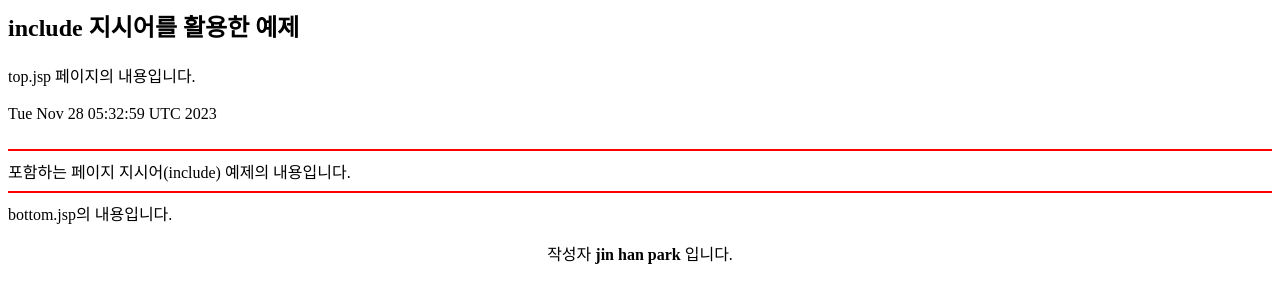
Repository: jinhanP/JSPtest
Page: http://localhost/jsptest/directive/includeex.jsp
An editor plug-in stored every save of this project. The page is shown before and after the next save, followed by the edit.
The browser window is 1280 px wide. The pictures show the whole page.
The page is served by Tomcat 10. Other server files are loaded and not shown.

Above is the page before, as saved 2023-11-30 08:16:47.

### jsptest/src/main/webapp/directive/includeex.jsp
<%@ page language="java" contentType="text/html; charset=UTF-8"
    pageEncoding="UTF-8"%>
<h2>include 지시어를 활용한 예제</h2>
<%
    String name = "jin han park";
%>
<%@ include file="top.jsp"%>
포함하는 페이지 지시어(include) 예제의 내용입니다.
<%@ include file="bottom.jsp"%>

### jsptest/src/main/webapp/directive/top.jsp
<%@ page language="java" contentType="text/html; charset=UTF-8"
    pageEncoding="UTF-8"%>
<%@ page import="java.util.*"%>
<%
    Date date = new Date();
%>
<html>
<body>
top.jsp 페이지의 내용입니다.<br></br>
<%=date.toString()%><br></br>
<hr color="red">

### jsptest/src/main/webapp/directive/bottom.jsp
<%@ page language="java" contentType="text/html; charset=UTF-8"
    pageEncoding="UTF-8"%>
<hr color="red">
bottom.jsp의 내용입니다.<p>
<p align="center">작성자 <b><%=name%></b> 입니다.</ p>
</body>
</html>

After the next save:
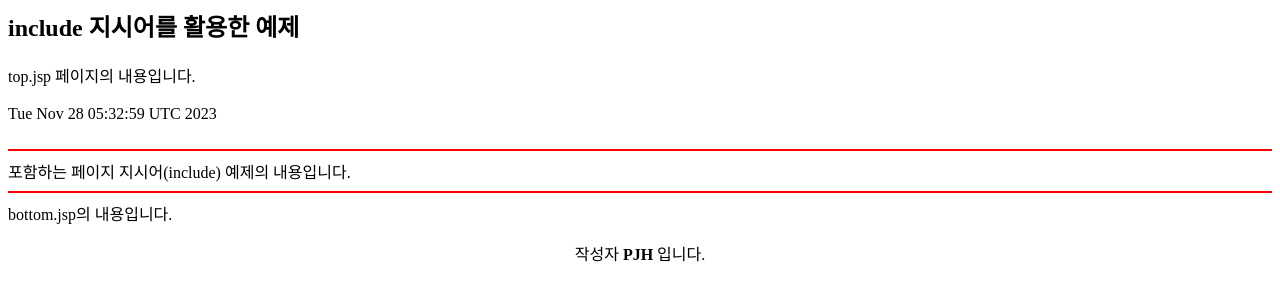
Saved 3 min 22 s later.
--- a/jsptest/src/main/webapp/directive/bottom.jsp
+++ b/jsptest/src/main/webapp/directive/bottom.jsp
@@ -2,6 +2,6 @@
     pageEncoding="UTF-8"%>
 <hr color="red">
 bottom.jsp의 내용입니다.<p>
-<p align="center">작성자 <b><%=name%></b> 입니다.</ p>
+<p align="center">작성자 <b>PJH</b> 입니다.</ p>
 </body>
 </html>
